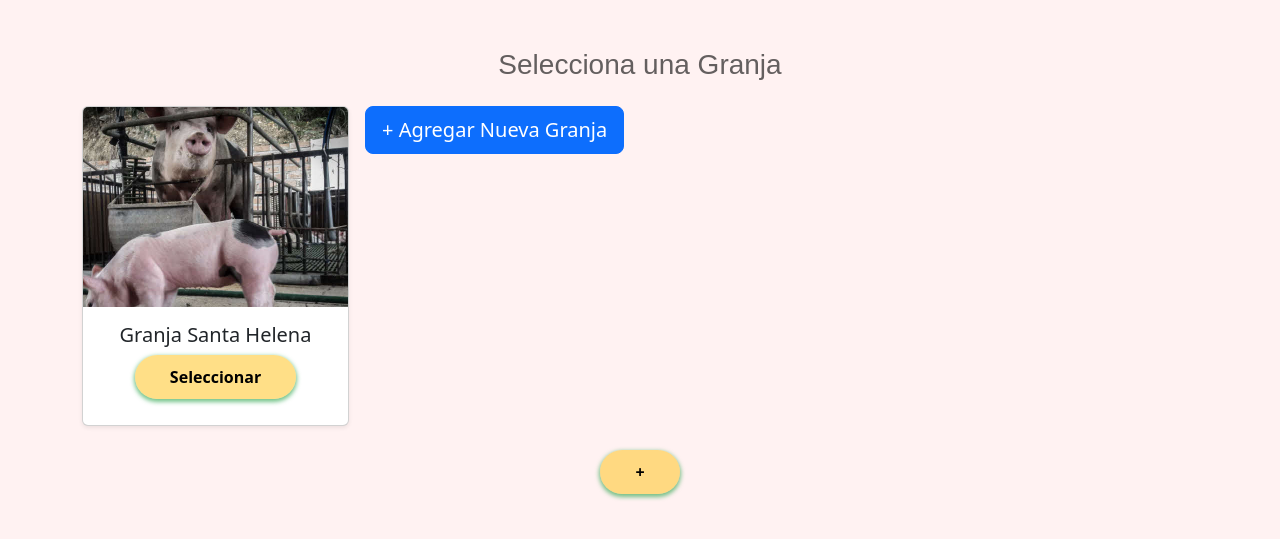
Repository: Mateojimenezz/Granja-Santa-Helena
Page: seleccionarGranja.html
An editor plug-in stored every save of this project. The page is shown before and after a run of saves, followed by the edit.
The browser window is 1280 px wide. The pictures show the whole page.
Some web fonts or font styles are not loaded; a fallback is used.

Above is the page before, as saved 2025-05-13 09:54:54.

After the next 2 saves:
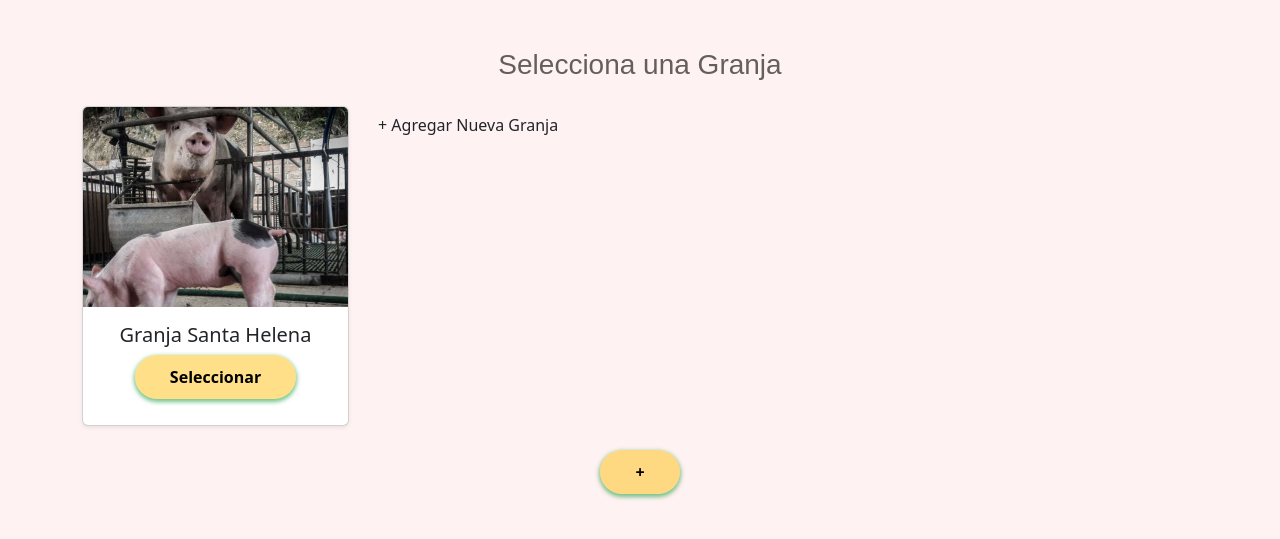
The 2 saves are shown as one change because they came seconds apart.
The last was saved 13 s later.
--- a/assets/js/seleccionarGranja.js
+++ b/assets/js/seleccionarGranja.js
@@ -59,7 +59,7 @@ document.addEventListener("DOMContentLoaded", function() {
     if (!document.getElementById("agregar-granja")) {
         const botonAgregar = document.createElement("div");
         botonAgregar.classList.add("col-md-auto");
-        botonAgregar.innerHTML = `<button id="agregar-granja" class="btn btn-primary btn-lg">+ Agregar Nueva Granja</button>`;
+        botonAgregar.innerHTML = `<button id="agregar-granja" class="btn btn-from">+ Agregar Nueva Granja</button>`;
         listaGranjas.appendChild(botonAgregar);
     }
 });
